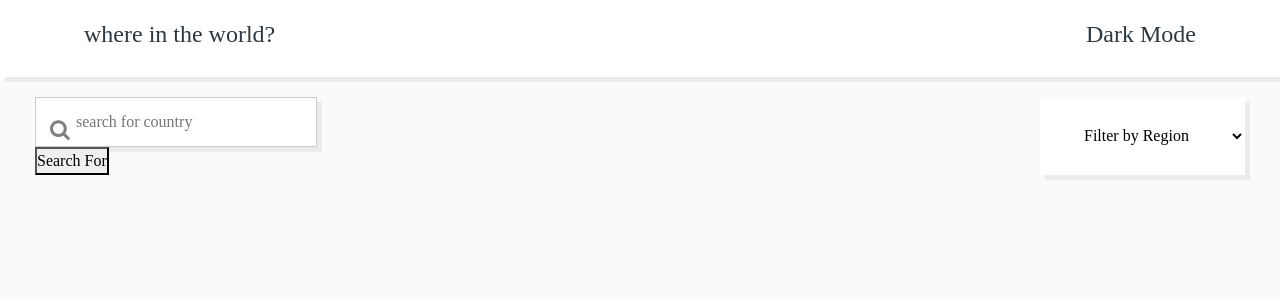
Repository: lamilekan263/countries
Page: /
The author's editor kept a copy of each file at every save. The page is drawn from the files as they stood at one save, then again after the next save.
The browser window is 1280 px wide. The pictures show the whole page.
The page's requests for data from a server got no answer. The project was rebuilt for these pictures with package versions that can differ from the ones it lists, and the page was loaded fresh each time. No one was signed in, and anything a server would have sent is missing. Also part of the build but not shown: src/components/country/country.css, src/components/country/country.jsx, src/components/selectCountryRegion/selectCountryRegion.component.jsx.

Above is the page before, as saved 2020-07-30 16:35:30.

### src/index.js
import React from 'react';
import ReactDOM from 'react-dom';
import 'bootstrap/dist/css/bootstrap.css'
import App from './App';
import './App.css'

ReactDOM.render(
  <React.StrictMode>
    <App />
  </React.StrictMode>,
  document.getElementById('root')
);

// If you want your app to work offline and load faster, you can change
// unregister() to register() below. Note this comes with some pitfalls.
// Learn more about service workers: https://bit.ly/CRA-PWA
if(module.hot){
  module.hot.accept()
}

### src/App.js
import React, {Component} from 'react';
import NavBar from './components/Navbar/navBar.component'
import CountryList from './components/country-list/country-list.component'
import MyForm from './components/form.component/form.component'

class App extends Component {
  constructor(){
    super();
    this.state={
      countries :[


      ],
      searchValue : ''

      }
  }
    componentDidMount(){
    fetch('https://restcountries.eu/rest/v2/all')
    .then(response => response.json())
    .then(countries => console.log(countries))
  }

  handleCountry = e =>{
    this.setState({searchValue : e.target.value})
    console.log(e)

  }

  render() {
    const {countries, searchValue} = this.state
    const filteredCountries = countries.filter(country => country.name.toLowerCase().includes(searchValue.toLowerCase()))
    return (
      <div>
        <NavBar  />
        <MyForm handleChange ={this.handleCountry}/>
          <CountryList countries = {filteredCountries} />


      </div>
    );
  }
}

export default App;

### src/components/Navbar/navBar.component.jsx
import React  from 'react';
import '../Navbar/navbar.styles.css'
const NavBar = () => {
    return (
        <nav >
            <div className="myContainer" id="nav-flex">
                <div>
                    <h1 >where in the world?</h1>
                </div>
                <div>
                    <h1>Dark Mode</h1>
                </div>
            </div>
        </nav>
     );
}

export default NavBar;

### src/components/country-list/country-list.component.jsx
import React from 'react';
import Country from '../country/country'
import './country-list.styles.css'
const CountryList = props => {
    return (
        <div className="country-list container-fluid">
                    <div className="flex-country">
                        {
                            props.countries.map((country,index) => (
                                    <Country key={ index } country ={country}/>
                                    ))
                                }
                    </div>
        </div>
     );
}

export default CountryList;

### src/components/form.component/form.component.jsx
import React, { useState } from 'react';
import Input from "../input.component/input.component"
import SelectDropDownByRegion from '../selectCountryRegion/selectCountryRegion.component'
import './form.styles.css';




const MyForm =props =>{
    const [text, textState] = useState('')
    const onChange = e => textState(e.target.value);

    const onSubmit = e =>{
        e.preventDefault();

    }

    return(
        <div className="container-fluid">
            <form className="myForm" onSubmit = {onSubmit}>
                <div>
                    <Input onHandleChange={props.handleChange}/>
                    <button>Search For </button>
                 </div>
                    <select name="Filter by Region">
                        <option value="">Filter by Region</option>
                        <option value="Africa">Africa</option>
                        <option value="Americas">Americas</option>
                        <option value="Asia">Asia</option>
                        <option value="Europe">Europe</option>
                        <option value="Oceania">Oceania</option>
                    </select>
            </form>

        </div>
    );
}


export default MyForm

### src/components/Navbar/navbar.styles.css

nav{
    background-color:white;
    color:hsl(209, 23%, 22%);
    box-shadow: 5px 5px rgb(236, 234, 234);
    /* position: fixed; /* Set the navbar to fixed position */
    /* top: 0px;
    overflow: hidden;
    z-index:1; */
    width:100%;

}

h1{
    font-size:1.5em;
}
#nav-flex{
    display:flex;
    justify-content: space-between;
    padding:20px;
}
.myContainer{
    width:90%;
    margin:0 auto;
    overflow:hidden;
}

### src/components/country-list/country-list.styles.css

.country-list{
    padding:0% 7%;
    margin:150px 0 20px;


}
@media(min-width:750px){
    .flex-country{
        display:flex;
        flex-wrap:wrap;
        justify-content: space-around;
    }
}

### src/components/input.component/input.component.jsx
import React from 'react';

import './input.styles.css'


const Input = props =>(
    <div className="fontuser">
            <input type="text"
                    placeholder="search for country"
                     required />
            <i className="fa fa-search fa-lg" >{props.onHandleChange}</i>
    </div>
)

export default Input;

### src/components/form.component/form.styles.css
.myForm{
    position: relative;
    top:30;
    left:10;
    display: flex;
    justify-content: space-between;
    margin:20px;
}

### src/components/input.component/input.styles.css
input{
    width:100%;
    border:none;
    box-shadow:5px 5px rgb(236, 234, 234);
    padding: 12px 40px;
    display: inline-block;
    border: 1px solid #ccc;
    box-sizing: border-box;
}
input :active{
    border: 1px solid red;

}
i{
    position: absolute;
    left: 15px;
    top: 25px;
    color: gray;
}

### src/components/selectCountryRegion/selectCountryRegion.styles.css
select{
    padding: 12px 40px;
    border: none;
    background-color: #fff;
    box-shadow:5px 5px rgb(236, 234, 234);
}
select ::after{
    padding:10px;
}

Loaded but not shown: public/index.html (common file); src/App.css (common file)

After the next save:
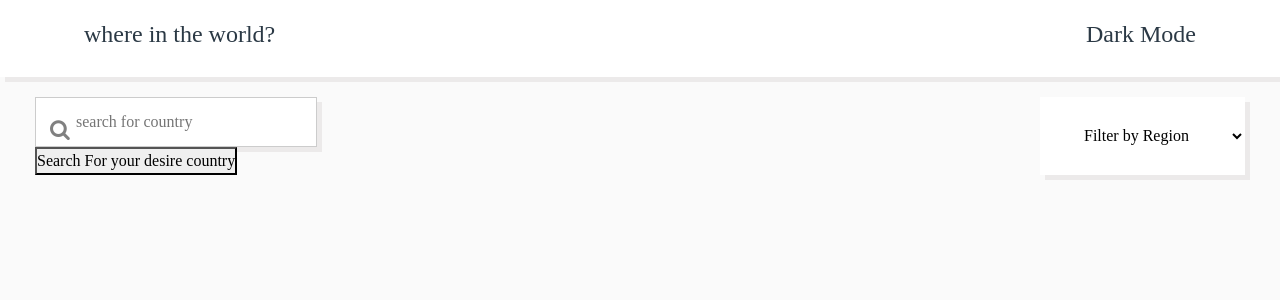
Saved 7 s later.
--- a/src/components/form.component/form.component.jsx
+++ b/src/components/form.component/form.component.jsx
@@ -20,7 +20,7 @@ const MyForm =props =>{
             <form className="myForm" onSubmit = {onSubmit}>
                 <div>
                     <Input onHandleChange={props.handleChange}/>
-                    <button>Search For </button>
+                    <button>Search For your desire country</button>
                  </div>
                     <select name="Filter by Region">
                         <option value="">Filter by Region</option>
